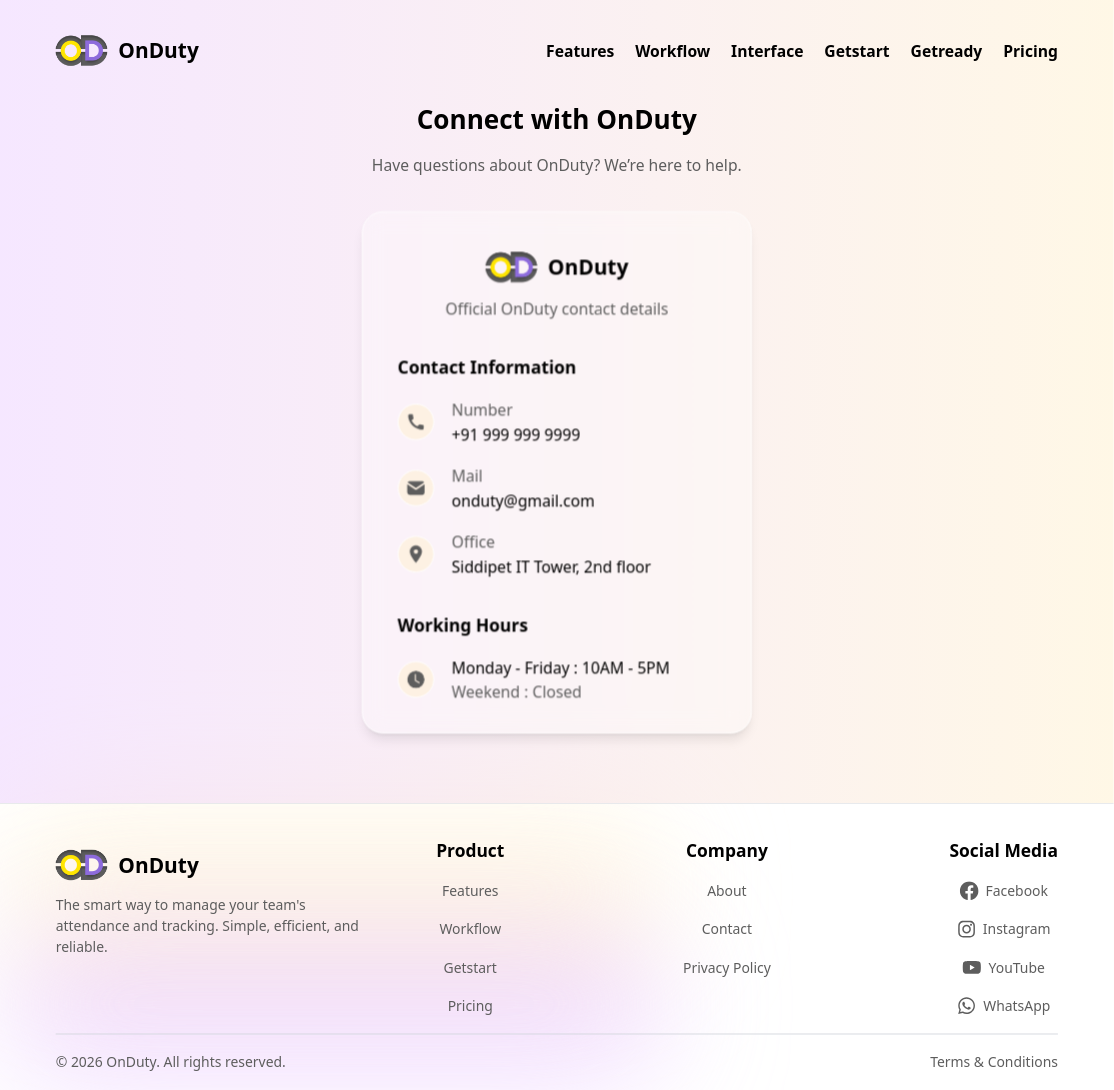
Repository: shekharzorin/ONDUTY-V1
Page: /contact
An editor plug-in stored every save of this project. The page is shown before and after the next save, followed by the edit.
The browser window is 1280 px wide. The pictures show the whole page, at 87% of full size.
The project was rebuilt for these pictures with package versions that can differ from the ones it lists, and the page was loaded fresh each time. The framework's server and built-in components were replaced by stand-ins that run in the browser. Also part of the build but not shown: next.config.mjs, vite.config.js, app/components/ui/Crossicon.tsx.

Above is the page before, as saved 2026-01-17 16:34:48.

### app/layout.tsx
import type { Metadata } from "next";
import { Geist, Geist_Mono } from "next/font/google";
import "./globals.css";
import Navbar from "./components/header/Navbar";

const geistSans = Geist({
  variable: "--font-geist-sans",
  subsets: ["latin"],
});

const geistMono = Geist_Mono({
  variable: "--font-geist-mono",
  subsets: ["latin"],
});

export const metadata: Metadata = {
  title: "Create Next App",
  description: "Generated by create next app",
};

export default function RootLayout({
  children,
}: Readonly<{
  children: React.ReactNode;
}>) {
  return (
    <html lang="en">
      <body
        className={`${geistSans.variable} ${geistMono.variable} antialiased`}
      >
        <Navbar />
        {children}
      </body>
    </html>
  );
}

### app/contact/page.tsx
import Footer from "../components/footer/footer";
import ContactModal from "../components/sections/contact";

const page = () => {
  return (
    <div className="flex flex-col">
      <ContactModal />
      <Footer />
    </div>
  );
};

export default page;

### app/globals.css
@import "tailwindcss";

:root {
  --color-primary: #8d6bdc;
  --color-secondary: #e0d4ff;
  --color-bg: #efefef;
  --color-sidebar: #ffffff;
  --color-gray: #5d5d5d;
}

html {
  scroll-behavior: smooth;
}




.flip-card {
  perspective: 1000px;
}

.flip-card-inner {
  transform-style: preserve-3d;
}

.flip-card-front,
.flip-card-back {
  position: absolute;
  width:auto;
  height:auto;
  backface-visibility: hidden;
}

.flip-card-back {
  transform: rotateY(180deg);
}

### app/components/header/Navbar.tsx
"use client";

import Logo from "@/public/images/od_logo.png";
import Image from "next/image";
import Link from "next/link";
import { usePathname } from "next/navigation";
import { useEffect, useState } from "react";
import { MdMenu } from "react-icons/md";
import { motion, AnimatePresence } from "framer-motion";
import { useRouter } from "next/navigation";
import Crossicon from "../ui/Crossicon";

export const navLinks = [
  { name: "Features", id: "features" },
  { name: "Workflow", id: "workflow" },
  { name: "Interface", id: "interface" },
  { name: "Getstart", id: "getstart" },
  { name: "Getready", id: "getready" },
  { name: "Pricing", path: "/pricing/" },
];

const Navbar = () => {
  const pathname = usePathname();
  const [isScrolled, setIsScrolled] = useState(false);
  const [isNavOpen, setIsNavOpen] = useState(false);
  const router = useRouter();
  const [activeSection, setActiveSection] = useState<string | null>(null);

  const handleScrollNav = (id: string) => {
    setActiveSection(id);
    router.push(`/#${id}`);
  };

  useEffect(() => {
    if (pathname !== "/") {
      setActiveSection(null);
    }
  }, [pathname]);

  useEffect(() => {
    if (pathname !== "/") return;
    const hash = window.location.hash.replace("#", "");
    if (hash) {
      setActiveSection(hash);
    } else {
      setActiveSection("features");
    }
  }, [pathname]);

  useEffect(() => {
    const handleScroll = () => setIsScrolled(window.scrollY > 20);
    window.addEventListener("scroll", handleScroll);
    return () => window.removeEventListener("scroll", handleScroll);
  }, []);

  useEffect(() => {
    if (isNavOpen) {
      document.body.style.overflow = "hidden";
    } else {
      document.body.style.overflow = "";
    }
    return () => {
      document.body.style.overflow = "";
    };
  }, [isNavOpen]);

  useEffect(() => {
    if (pathname !== "/") return;

    const sections = [
      "features",
      "workflow",
      "interface",
      "getready",
      "getstart",
    ];
    let locked = true;

    const unlock = () => (locked = false);
    window.addEventListener("scroll", unlock, { once: true });

    const observer = new IntersectionObserver(
      (entries) => {
        if (locked) return;

        entries.forEach((entry) => {
          if (entry.isIntersecting) {
            const id = entry.target.id;

            // 1️⃣ Update active state
            setActiveSection(id);

            // 2️⃣ Update URL hash WITHOUT navigation
            router.replace(`/#${id}`, { scroll: false });
          }
        });
      },
      {
        rootMargin: "-45% 0px -45% 0px",
        threshold: 0,
      }
    );

    sections.forEach((id) => {
      const el = document.getElementById(id);
      if (el) observer.observe(el);
    });

    return () => observer.disconnect();
  }, [pathname, router]);

  return (
    <header
      className={`fixed top-0 left-0 right-0 z-50 border-b transition-all ${
        isScrolled
          ? "bg-transparent backdrop-blur-md border-white shadow-lg py-0"
          : "bg-transparent border-transparent py-5"
      }`}
    >
      <div className="mx-auto w-full px-4 sm:px-6 md:px-8 lg:px-12 xl:px-16 2xl:px-24 max-w-384 py-2 flex items-center justify-between">
        <div className="flex gap-2 lg:gap-3 items-center">
          <Image
            src={Logo}
            alt="Onduty Logo"
            height={60}
            width={60}
            className="flex h-10 w-10 md:h-12 md:w-12 lg:h-15 lg:w-15"
          />
          <h1 className="text-2xl lg:text-2xl font-bold">OnDuty</h1>
        </div>

        {/* Desktop Navbar */}
        <nav className="hidden lg:flex gap-6">
          {navLinks.map((item) => {
            // SCROLL ITEM
            if (item.id) {
              return (
                <button
                  key={item.id}
                  onClick={() => handleScrollNav(item.id)}
                  className={`relative lg:font-semibold xl:font-bold text-lg transition-colors duration-300
                    after:absolute after:left-0 after:-bottom-1 after:h-1
                    after:rounded-full after:bg-(--color-primary)
                    after:transition-all after:duration-300
                    ${
                      activeSection === item.id && pathname === "/"
                        ? "text-(--color-primary)"
                        : "after:w-0 hover:after:w-full"
                    }
                  `}
                >
                  {item.name}
                </button>
              );
            }

            // ROUTE ITEM
            const isActive = pathname === item.path;

            return (
              <Link
                key={item.path}
                href={item.path!}
                className={`relative lg:font-semibold xl:font-bold text-lg transition-colors duration-300
                  after:absolute after:left-0 after:-bottom-1 after:h-1
                  after:rounded-full after:bg-(--color-primary)
                  after:transition-all after:duration-300
                  ${
                    isActive
                      ? "text-(--color-primary)"
                      : "after:w-0 hover:after:w-full"
                  }
                `}
              >
                {item.name}
              </Link>
            );
          })}
        </nav>

        <div className="lg:hidden gap-3">
          <div
            onClick={() => setIsNavOpen(true)}
            className="flex p-1 lg:hidden bg-(--color-secondary) rounded-full border-white border justify-center items-center"
          >
            <MdMenu size={28} className="opacity-10 animate-pulse" />
          </div>

          <AnimatePresence>
            {isNavOpen && (
              <motion.div
                className="fixed inset-0 backdrop-blur-sm bg-black/30 flex justify-end h-screen"
                initial={{ opacity: 0 }}
                animate={{ opacity: 1 }}
                exit={{ opacity: 1 }}
                transition={{ duration: 0.6 }}
              >
                {/* Drawer */}
                <motion.div
                  className="relative w-[70%] md:w-[60%] bg-(--color-sidebar) h-full flex items-center"
                  initial={{ x: "100%" }}
                  animate={{ x: 0 }}
                  exit={{ x: "100%" }}
                  onClick={(e: any) => e.stopPropagation()}
                  transition={{
                    duration: 0.35,
                    ease: "easeInOut",
                  }}
                >
                  {/* Close button */}
                  <div className="flex absolute top-7.25 right-4 md:right-8 lg:hidden z-20 ">
                    <Crossicon onClick={() => setIsNavOpen(false)} />
                  </div>

                  {/* Mobile Navbar */}
                  <nav className="flex flex-col gap-10 p-10 mt-10 w-full">
                    {navLinks.map((item) => {
                      if (item.id) {
                        return (
                          <button
                            key={item.id}
                            onClick={() => {
                              handleScrollNav(item.id);
                              setIsNavOpen(false);
                            }}
                            className={`py-2 w-full relative text-lg font-semibold md:font-bold text-left transition-colors
                              ${
                                activeSection === item.id && pathname === "/"
                                  ? "text-(--color-primary)"
                                  : "text-black/80 hover:text-(--color-primary)"
                              }
                            `}
                          >
                            {item.name}
                          </button>
                        );
                      }

                      const isActive = pathname === item.path;

                      return (
                        <Link
                          key={item.path}
                          href={item.path!}
                          onClick={() => setIsNavOpen(false)}
                          className={`relative text-lg font-semibold md:font-bold py-2
                            ${isActive ? "text-(--color-primary)" : ""}
                          `}
                        >
                          {item.name}
                        </Link>
                      );
                    })}
                  </nav>
                </motion.div>
              </motion.div>
            )}
          </AnimatePresence>
        </div>
      </div>
    </header>
  );
};

export default Navbar;

### app/components/footer/footer.tsx
import Image from "next/image";
import Logo from "@/public/images/od_logo.png";
import Link from "next/link";
import { FaFacebook, FaInstagram, FaWhatsapp, FaYoutube } from "react-icons/fa";
import { ReactNode } from "react";

type FooterLink = {
  label: string;
  href: string;
  external?: boolean;
  icon?: ReactNode;
};

type FooterSection = {
  title: string;
  links: FooterLink[];
};

const footerLinks: FooterSection[] = [
  {
    title: "Product",
    links: [
      { label: "Features", href: "/#features" },
      { label: "Workflow", href: "/#workflow" },
      { label: "Getstart", href: "/#getstart" },
      { label: "Pricing", href: "/pricing/" },
    ],
  },
  {
    title: "Company",
    links: [
      { label: "About", href: "/about" },
      { label: "Contact", href: "/contact" },
      { label: "Privacy Policy", href: "/privacy&policy" },
    ],
  },
  {
    title: "Social Media",
    links: [
      {
        label: "Facebook",
        href: "https://www.facebook.com",
        external: true,
        icon: <FaFacebook size={22} />,
      },
      {
        label: "Instagram",
        href: "https://www.instagram.com",
        external: true,
        icon: <FaInstagram size={22} />,
      },
      {
        label: "YouTube",
        href: "https://www.youtube.com",
        external: true,
        icon: <FaYoutube size={22} />,
      },
      {
        label: "WhatsApp",
        href: "https://www.whatsapp.com",
        external: true,
        icon: <FaWhatsapp size={22} />,
      },
    ],
  },
];

const Footer = () => {
  return (
    <section
      id="footer"
      className="relative px-4 sm:px-6 md:px-8 lg:px-12 xl:px-16 2xl:px-24 max-w-384 w-full border-t border-gray-200"
    >
      {/* Background flare */}
      <div className="absolute top-0 left-1/2 -translate-x-1/2 w-full h-full max-w-7xl pointer-events-none -z-10">
        <div className="absolute bottom-0 w-[60%] h-[60%] bg-[#eccfff] rounded-full blur-3xl opacity-60 mix-blend-multiply filter" />
        <div className="absolute top-0 w-[60%] h-[60%] bg-[#fff4da] rounded-full blur-3xl opacity-60 mix-blend-multiply filter" />
      </div>

      <div className="flex flex-col pt-3 lg:pt-10 lg:flex-row lg:justify-between gap-5 lg:gap-20">
        <div className="flex flex-col gap-1 w-full lg:w-[50%]">
          <div className="flex gap-2 lg:gap-3 items-center">
            <Image
              src={Logo}
              alt="Onduty Logo"
              height={60}
              width={60}
              className="flex h-10 w-10 md:h-12 md:w-12 lg:h-15 lg:w-15"
            />
            <h1 className="text-2xl lg:text-2xl font-bold">OnDuty</h1>
          </div>
          <p className="text-(--color-gray)">
            The smart way to manage your team's attendance and tracking. Simple,
            efficient, and reliable.
          </p>
        </div>

        <div className="flex flex-wrap text-(--color-gray) justify-between w-full gap-5 lg:px-0 text-center">
          {footerLinks.map((section) => (
            <div key={section.title} className="flex flex-col gap-5">
              <p className="text-black text-lg lg:text-xl font-semibold">
                {section.title}
              </p>

              {section.links.map((link) => (
                <Link
                  key={link.label}
                  href={link.href}
                  target={link.external === true ? "_blank" : undefined}
                  rel={
                    link.external === true ? "noopener noreferrer" : undefined
                  }
                  className="hover:text-(--color-primary) transition"
                >
                  <p className="flex items-center gap-2 justify-center">
                    {link.icon}
                    {link.label}
                  </p>
                </Link>
              ))}
            </div>
          ))}
        </div>
      </div>

      <hr className="text-gray-300 mt-5" />
      <div className="text-(--color-gray) flex flex-col md:flex-row md:justify-between gap-5 my-5">
        <p>© 2026 OnDuty. All rights reserved.</p>
        <Link href="#">
          <p>Terms & Conditions</p>
        </Link>
      </div>
    </section>
  );
};

export default Footer;

### app/components/sections/contact.tsx
"use client";

import { motion } from "framer-motion";
import Image from "next/image";
import { useEffect, useState } from "react";
import { BsClockFill } from "react-icons/bs";
import { MdCall, MdLocationOn } from "react-icons/md";
import { TbMailFilled } from "react-icons/tb";
import Logo from "@/public/images/od_logo.png";

const Contact = () => {
  const [isFlipped, setIsFlipped] = useState(false);
  const [isAnimating, setIsAnimating] = useState(false);

  useEffect(() => {
    const timer = setTimeout(() => {
      setIsFlipped(true);
      setIsAnimating(true);
    }, 1500);

    return () => clearTimeout(timer);
  }, []);

  return (
    <section className="flex flex-col gap-10 pb-20 px-4 sm:px-6 md:px-8 lg:px-12 xl:px-16 2xl:px-24 max-w-384 mx-auto w-full items-center justify-center bg-linear-to-r from-[#eccfff]/50 to-[#fff0cd]/50 min-h-screen">
      <div className="flex flex-col items-center justify-center mt-30 text-center gap-5">
        <p className="text-2xl lg:text-3xl font-bold leading-[1.15] lg:text-balance justify-center items-center">
          Connect with OnDuty
        </p>
        <p className="md:text-lg text-(--color-gray)">
          Have questions about OnDuty? We’re here to help.
        </p>
      </div>

      <div className="flip-card relative w-full max-w-md h-140 md:h-150 rounded-3xl md:text-lg">
        <motion.div
          className="flip-card-inner relative w-full h-full"
          initial={{ rotateY: 0 }}
          animate={{ rotateY: isFlipped ? 180 : 360 }}
          transition={{ duration: 0.6, ease: "easeInOut" }}
          onAnimationComplete={() => setIsAnimating(false)}
        >
          {/* First card before flip */}
          <div className="flip-card-front absolute inset-0 backdrop-blur-md border border-white bg-white/30 shadow-lg rounded-3xl flex flex-col items-center justify-center">
            <div className="absolute flex h-7 w-[60%] left-0 top-[15%] bg-[#fff0cd]/50 rounded-r-full" />
            <div className="absolute flex h-7 w-[50%] left-0 top-[22%] bg-[#fff0cd]/35 rounded-r-full" />
            <div className="absolute flex h-7 w-[40%] left-0 top-[29%] bg-[#fff0cd]/25 rounded-r-full" />

            <div className="flex flex-col items-center justify-center text-center">
              <Image
                src={Logo}
                alt="Onduty Logo"
                height={80}
                width={80}
                className="md:h-25 md:w-25"
              />
              <h1 className="text-3xl font-bold">OnDuty</h1>
            </div>

            <div className="absolute flex h-7 w-[40%] right-0 bottom-[29%] bg-[#eccfff]/25 rounded-l-full" />
            <div className="absolute flex h-7 w-[50%] right-0 bottom-[22%] bg-[#eccfff]/35 rounded-l-full" />
            <div className="absolute flex h-7 w-[60%] right-0 bottom-[15%] bg-[#eccfff]/50 rounded-l-full" />
          </div>

          {/* Second card after flip */}
          <div className="flip-card-back absolute inset-0 backdrop-blur-md border border-white bg-white/30 shadow-lg rounded-3xl p-7 md:p-10 flex flex-col gap-10 justify-center">
            <div className="flex flex-col gap-1 w-full items-center justify-center">
              <div className="flex gap-2 lg:gap-3 items-center">
                <Image
                  src={Logo}
                  alt="Onduty Logo"
                  height={60}
                  width={60}
                  className="flex h-10 w-10 md:h-12 md:w-12 lg:h-15 lg:w-15"
                />
                <h1 className="text-2xl lg:text-2xl font-bold">OnDuty</h1>
              </div>
              <p className="text-(--color-gray) text-center">
                Official OnDuty contact details
              </p>
            </div>

            <div className="flex flex-col gap-5">
              <p className="font-bold text-xl">Contact Information</p>

              <div className="flex flex-col gap-5 text-(--color-gray)">
                <div className="flex gap-5 items-center">
                  <MdCall
                    className="p-2 rounded-full bg-[#fff0cd]/50 border border-white"
                    size={42}
                  />
                  <div>
                    <p className="text-(--color-gray)">Number</p>
                    <p className="font-medium text-black">+91 999 999 9999</p>
                  </div>
                </div>

                <div className="flex gap-5 items-center">
                  <TbMailFilled
                    className="p-2 rounded-full bg-[#fff0cd]/50 border border-white"
                    size={42}
                  />
                  <div>
                    <p className="text-(--color-gray)">Mail</p>
                    <p className="font-medium text-black">onduty@gmail.com</p>
                  </div>
                </div>

                <div className="flex gap-5 items-center">
                  <MdLocationOn
                    className="p-2 rounded-full bg-[#fff0cd]/50 border border-white"
                    size={42}
                  />
                  <div>
                    <p className="text-(--color-gray)">Office</p>
                    <p className="font-medium text-black">
                      Siddipet IT Tower, 2nd floor
                    </p>
                  </div>
                </div>
              </div>
            </div>

            <div className="flex flex-col gap-5">
              <p className="font-bold text-xl">Working Hours</p>
              <div className="flex gap-5 items-center text-(--color-gray)">
                <BsClockFill
                  className="p-2.5 rounded-full bg-[#fff0cd]/50 border border-white"
                  size={42}
                />
                <div>
                  <p className="font-medium text-black">
                    Monday - Friday : 10AM - 5PM
                  </p>
                  <p className="text-(--color-gray)">Weekend : Closed</p>
                </div>
              </div>
            </div>
          </div>
        </motion.div>
      </div>
    </section>
  );
};

export default Contact;

After the next save:
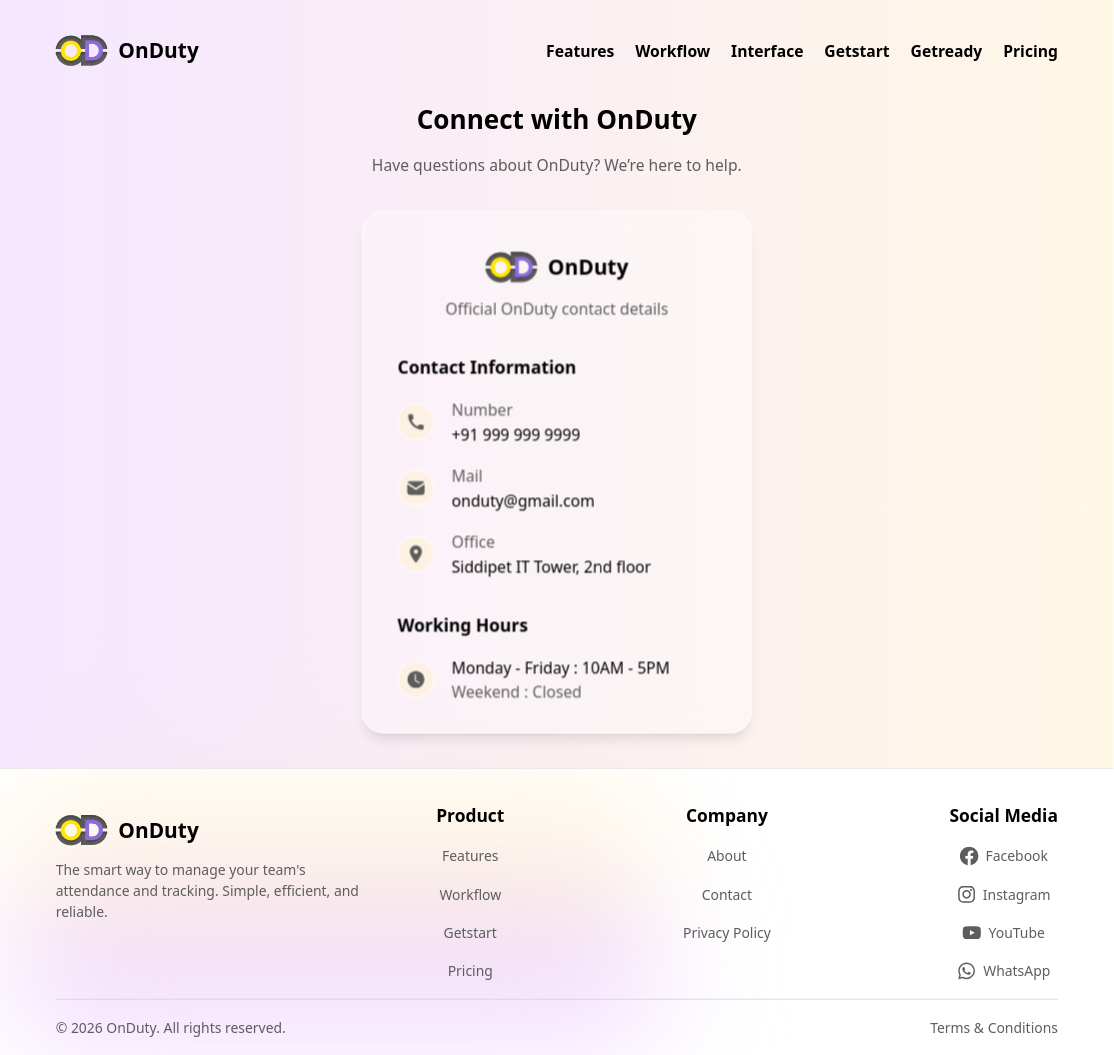
Saved 101 s later.
--- a/app/components/sections/contact.tsx
+++ b/app/components/sections/contact.tsx
@@ -22,7 +22,7 @@ const Contact = () => {
   }, []);
 
   return (
-    <section className="flex flex-col gap-10 pb-20 px-4 sm:px-6 md:px-8 lg:px-12 xl:px-16 2xl:px-24 max-w-384 mx-auto w-full items-center justify-center bg-linear-to-r from-[#eccfff]/50 to-[#fff0cd]/50 min-h-screen">
+    <section className="flex flex-col gap-10 pb-10 px-4 sm:px-6 md:px-8 lg:px-12 xl:px-16 2xl:px-24 max-w-384 mx-auto w-full items-center justify-center bg-linear-to-r from-[#eccfff]/50 to-[#fff0cd]/50 min-h-screen">
       <div className="flex flex-col items-center justify-center mt-30 text-center gap-5">
         <p className="text-2xl lg:text-3xl font-bold leading-[1.15] lg:text-balance justify-center items-center">
           Connect with OnDuty
